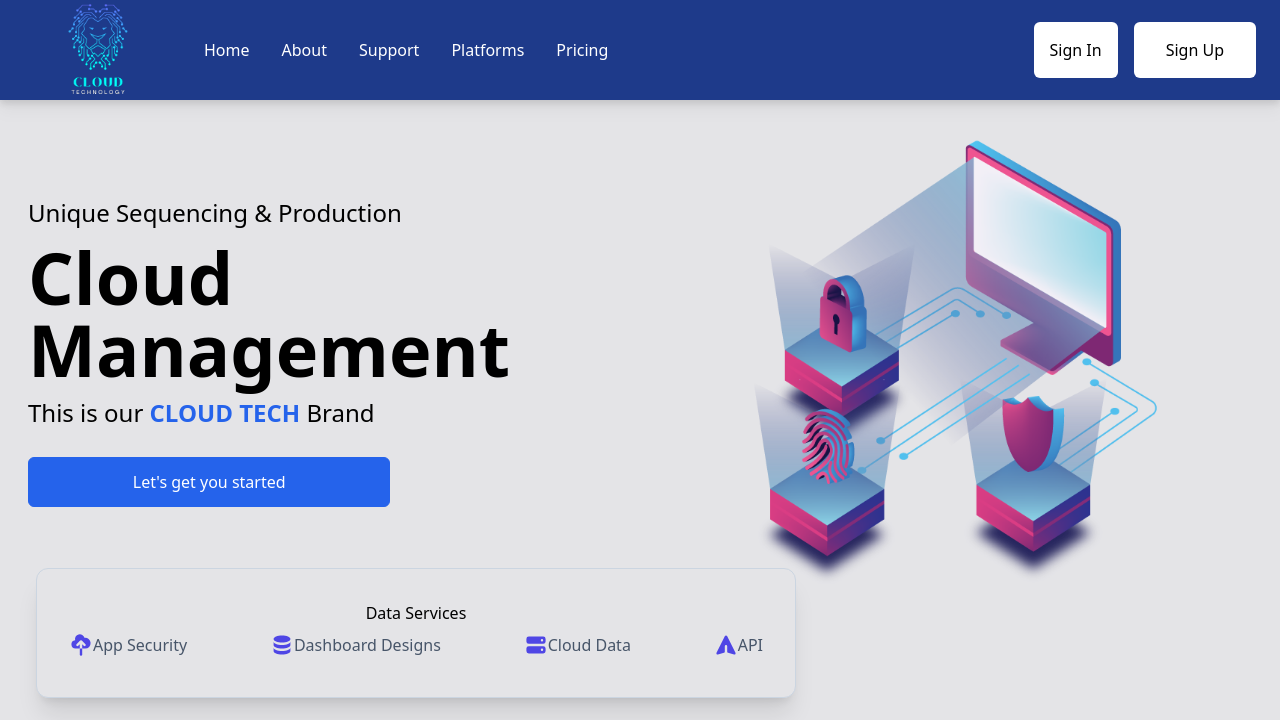
Repository: Esther-Kamau/cloud-management
Page: /
The author's editor kept a copy of each file at every save. The page is drawn from the files as they stood at one save, then again after the next save.
The browser window is 1280 px wide. The pictures show the whole page.
The project was rebuilt for these pictures with package versions that can differ from the ones it lists, and the page was loaded fresh each time. A package was used in the major version that the imports need, not the one package.json lists.

Above is the page before, as saved 2023-03-16 18:23:05.

After the next save:
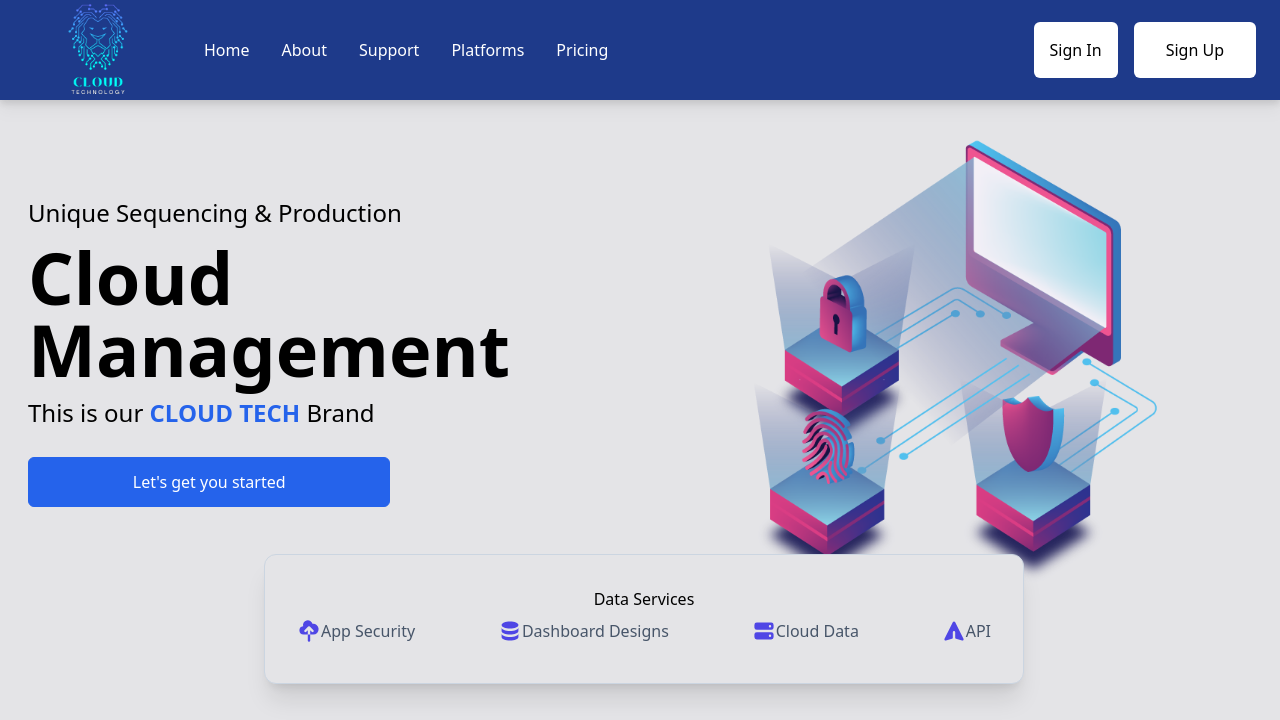
Saved 20 s later.
--- a/src/components/Hero.jsx
+++ b/src/components/Hero.jsx
@@ -30,8 +30,9 @@ const Hero = () => {
         </div>
         {/* check on this later: absolute position */}
         <div
-          className="absolute flex flex-col py-8 md:min-w-[760px] bottom-[3%] mx-4  bg-zinc-200
-                 border border-slate-300 rounded-xl text-center shadow-xl"
+         className='absolute flex flex-col py-8 md:min-w-[760px] bottom-[5%]
+         mx-1 md:left-1/2 transform md:-translate-x-1/2 bg-zinc-200
+         border border-slate-300 rounded-xl text-center shadow-xl'
         >
           <p>Data Services</p>
           <div className="flex flex-wrap justify-between px-4">
